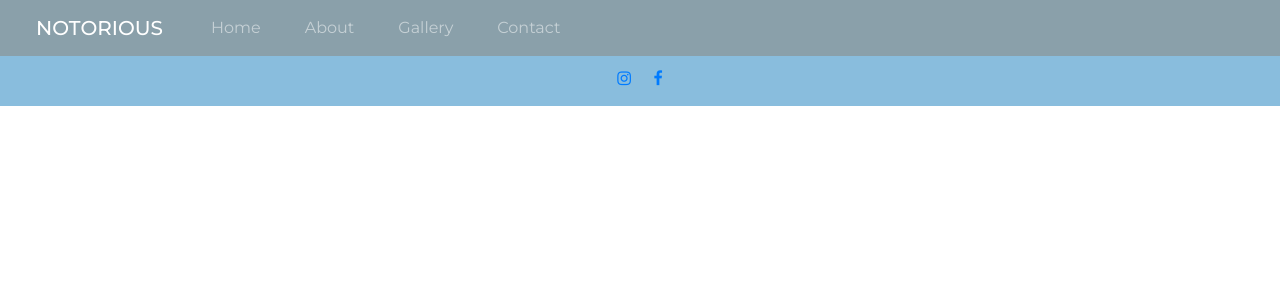
Repository: TSRose/NotorioustheShip
Page: gallery.html
The author's editor kept a record of every edit. The page is drawn from the files as they stood at one moment, then again after the next edit.
The browser window is 1280 px wide. The pictures show the whole page.

Above is the page before.

### gallery.html
<!DOCTYPE html>
<html lang="en">

<head>
    <meta charset="UTF-8">
    <meta name="viewport" content="width=device-width, initial-scale=1.0">
    <meta http-equiv="X-UA-Compatible" content="ie=edge">
    <link rel="stylesheet" href="https://stackpath.bootstrapcdn.com/bootstrap/4.3.1/css/bootstrap.min.css" type="text/css" />
    <link rel="stylesheet" href="https://stackpath.bootstrapcdn.com/font-awesome/4.7.0/css/font-awesome.min.css">
    <link rel="stylesheet" href="assets/css/style.css" type="text/css">

    <title>Notorious the Ship</title>
</head>

<body>
    <nav class="navbar navbar-dark navbar-expand-sm">
        <a href="index.html" class="navbar-brand">NOTORIOUS</a>
        <button class="navbar-toggler ml-auto" type="button" data-toggle="collapse" data-target="#navbarNavDropdown" aria-controls="navbarNavDropdown" aria-expanded="false" aria-label="Toggle navigation">
      <span class="navbar-toggler-icon"></span></button>
        <div class="collapse navbar-collapse" id="navbarNavDropdown">
            <ul class="navbar-nav mr-auto">
                <li class="nav-item mr-2"><a class="nav-link" href="index.html">Home</a></li>
                <li class="nav-item mr-2"><a class="nav-link" href="about.html">About</a></li>
                <li class="nav-item mr-2"><a class="nav-link" href="gallery.html">Gallery</a></li>
                <li class="nav-item mr-2"><a class="nav-link" href="contact.html">Contact</a></li>
            </ul>
            </div>
    </nav>

    <!---------------------------gallery----->


 <!---------------------------footer----->
    <footer class="container-fluid footer">
        <div id="footer-details" class="row">
            <div class="col-12">
                <ul class="list-inline social-links">
                    <li class="list-inline-item">
                        <a target="_blank" href="http://instagram.com/notorioustheship">
                        <i class="fa fa-instagram" aria-hidden="true"></i>
                        <span class="sr-only">Instagram</span>
                        </a>
                    </li>
                    <li class="list-inline-item">
                        <a target="_blank" href="http://facebook.com/notorioustheship">
                        <i class="fa fa-facebook" aria-hidden="true"></i>
                        <span class="sr-only">Facebook</span>
                        </a>
                    </li>
                </ul>
            </div>
        </div>
    </footer>

    <script src="https://code.jquery.com/jquery-3.3.1.slim.min.js" integrity="sha384-q8i/X+965DzO0rT7abK41JStQIAqVgRVzpbzo5smXKp4YfRvH+8abtTE1Pi6jizo" crossorigin="anonymous"></script>
    <script src="https://cdnjs.cloudflare.com/ajax/libs/popper.js/1.14.7/umd/popper.min.js" integrity="sha384-UO2eT0CpHqdSJQ6hJty5KVphtPhzWj9WO1clHTMGa3JDZwrnQq4sF86dIHNDz0W1" crossorigin="anonymous"></script>
    <script src="https://stackpath.bootstrapcdn.com/bootstrap/4.3.1/js/bootstrap.min.js" integrity="sha384-JjSmVgyd0p3pXB1rRibZUAYoIIy6OrQ6VrjIEaFf/nJGzIxFDsf4x0xIM+B07jRM" crossorigin="anonymous"></script>

</body>

</html>

### assets/css/style.css
@import url('https://fonts.googleapis.com/css?family=Montserrat:100,200,300,400,500,600,700|Roboto:100,200,300,400,500,600,700');

body {
    margin: 10;
    padding: 0;
}

header {
    margin: 0;
}

.footer {
    background-color: #89bddd;
    border-color: #89bddd;
}

h2 {
    margin-bottom: 20px;
}

/*-------------------------------- navbar */

.navbar-brand {
    font-family: "Montserrat", sans-serif;
    color: #fafafa;
    margin: 0 20px;
    font-weight: 500;
}

.nav-item {
    color: #fafafa;
    font-family: "Montserrat", sans-serif;
    margin: 0 20px;
}

.list-inline {
    text-align: center;
}

.navbar {
    color: #aaa;
    background-color: #8aa0aa;
    margin-bottom: 0;
    border: 0;
    width: 100%;
}

.navbar .navbar-toggler {
    border: 0;
}

/*---------------------------------Landing ----*/

.landing-container {
    height: 100VH;
    background: url("../images/notorious_portdouglas_xsm_crop.jpg") no-repeat center center fixed;
    -webkit-background-size: cover;
    -moz-background-size: cover;
    -o-background-size: cover;
    background-size: cover;
    display: flex;
    align-items: center;
    justify-content: center;
    position: relative;
}

@media (min-width: 576px) {
    .landing-container {
        background: url("../images/notorious_portdouglas_sm_crop.jpg") no-repeat center right fixed;
    }
    .
}

@media (min-width: 768px) {
    .landing-container {
        background: url("../images/notorious_portdouglas_md_crop.jpg") no-repeat center right fixed;
    }
}

@media (min-width: 992px) {
    .landing-container {
        background: url("../images/notorious_portdouglas.PNG") no-repeat center left fixed;
    }
}

.text-uppercase {
    text-transform: uppercase;
}

.landing-subheading {
    padding: 0 0px;
    text-align: left;
}

/*--------------------------------Jumbotron*/

.absolute {
    position: absolute;
    height: 100VH;
    width: 100VW;
    padding: 7%;
}

.jumbotron {
    background-color: transparent;
    padding: 0;
    color: #fafafa;
    height: 100VH;
}

.jumbotron-header {
    font-weight: bold;
    margin-bottom: 35px;
    margin: 50px;
    text-transform: capitalize;
    padding: 50px;
}


/*--------------------------------------- contact form*/

.contact-heading {
    font-family: "Montserrat", sans-serif;
    font-weight: 200;
    margin-top: 25px;
    margin-bottom: 20px;
}

.center-form {
    padding-top: 10px;
    margin: 0 auto;
    max-width: 70%;
}

button[type="submit"] {
    margin-top: 15px;
    margin-bottom: 20px;
    color: #fafafa;
    background-color: #3498db;
}

.col .btn {
    padding: 0 15;
}

@media(max-width: 991px) {
    .center-form {
        padding-top: 30px;
        min-height: 240px;
        margin: 0 auto;
        max-width: 70%;
    }
}

@media(min-width: 992px) {
    .center-form {
        padding-top: 30px;
        min-height: 240px;
        margin: 0 auto;
        max-width: 50%;
    }
}

@media(min-width: 992px) {
    .contact-heading {
        font-family: "Montserrat", sans-serif;
        font-weight: 400;
        margin-top: 25px;
        margin-bottom: 20px;
    }
}

/*-----------------------------------About*/

.about-container {
    margin: 15px;
}

.article-wrapper {
    margin-right: 50px;
}

.theshipimage {
    background: url("../images/notorious_on_anchor.PNG");
    background-position: left;
    background-repeat: no-repeat;
    display: inline-block;
    width: 300px;
    height: auto;
    transition: all .5s ease-in-out;
    -moz-transition: all .5s ease-in-out;
    -webkit-transition: all .5s ease-in-out;
    margin: 0 15;
}

.thebuilderimage {
    background: url("../images/graemewylie.jpg");
    background-position: left;
    background-repeat: no-repeat;
    background-size: cover;
    display: block;
    width: 300px;
    height: auto;
    transition: all .5s ease-in-out;
    -moz-transition: all .5s ease-in-out;
    -webkit-transition: all .5s ease-in-out;
}

.thehistoryimage {
    background: url("../images/portuguesecaravelmodel.jpg");
    background-position: left;
    background-repeat: no-repeat;
    background-size: cover;
    display: block;
    width: auto;
    height: 300px;
    max-height: 300px;
    transition: all .5s ease-in-out;
    -moz-transition: all .5s ease-in-out;
    -webkit-transition: all .5s ease-in-out;
}

.article-container {
    margin: 30px;
}


/*-----------------------------------Buttons*/

.btn--learnmore {
    font-weight: bold;
    font-size: small;
    border-radius: 23px;
    width: 180px;
}


.btn--learnmore:hover,
.but--learnmore:active,
.btn--learnmore:focus,
.btn--learnmore:active:focus {
    background-color: #89bddd;
    border-color: #89bddd;
}

/*-----------------------------------Footer*/

.social-links {
    margin-top: 10px;
    padding-bottom: 0px;
}

.list-inline-item {
    padding-left: 5px;
    padding-right: 5px;
}

After the next edit:
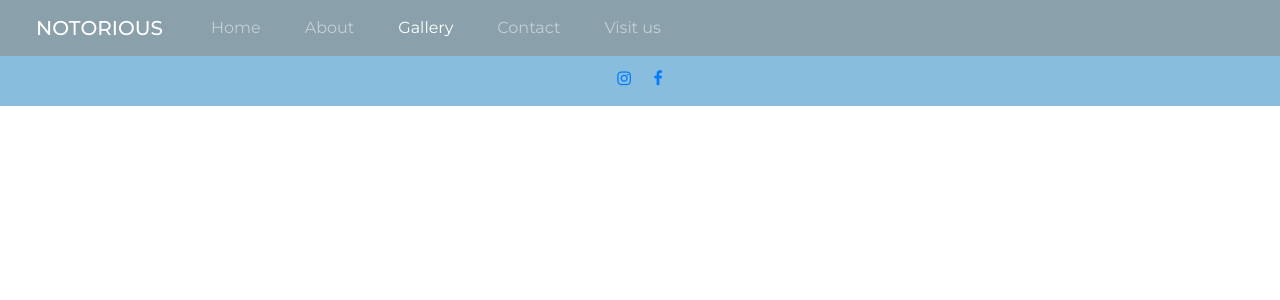
The edit:
--- a/gallery.html
+++ b/gallery.html
@@ -21,8 +21,9 @@
             <ul class="navbar-nav mr-auto">
                 <li class="nav-item mr-2"><a class="nav-link" href="index.html">Home</a></li>
                 <li class="nav-item mr-2"><a class="nav-link" href="about.html">About</a></li>
-                <li class="nav-item mr-2"><a class="nav-link" href="gallery.html">Gallery</a></li>
+                <li class="active nav-item mr-2"><a class="nav-link" href="gallery.html">Gallery</a></li>
                 <li class="nav-item mr-2"><a class="nav-link" href="contact.html">Contact</a></li>
+                <li class="nav-item mr-2"><a class="nav-link" href="open.html">Visit us</a></li>
             </ul>
             </div>
     </nav>
